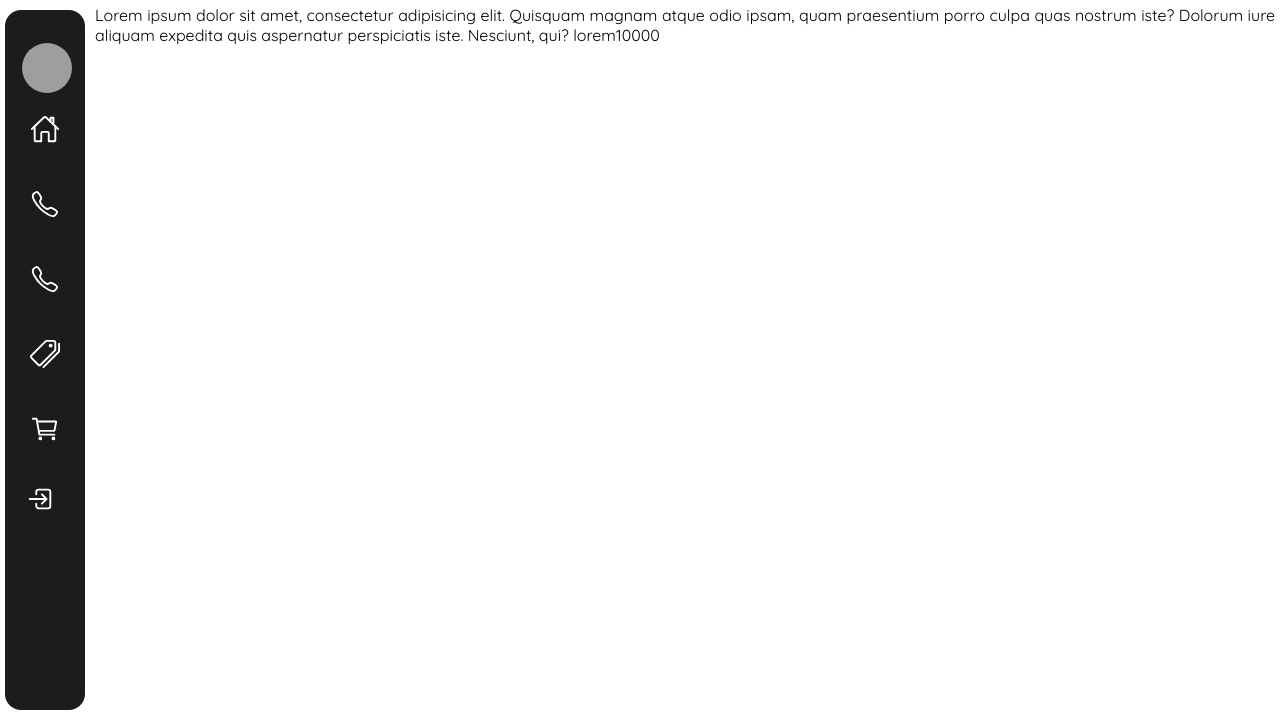
Repository: Fuocmanh/demo
Page: site/nav.html
These files come from the project's save history. The page is drawn as it stood at one moment and after a run of saves; the edit follows.
The browser window is 1280 px wide. The pictures show the whole page.
Pictures or frames that could not be fetched are drawn as grey boxes.

Above is the page before, as saved 2022-12-30 17:46:34.

After the next 3 saves:
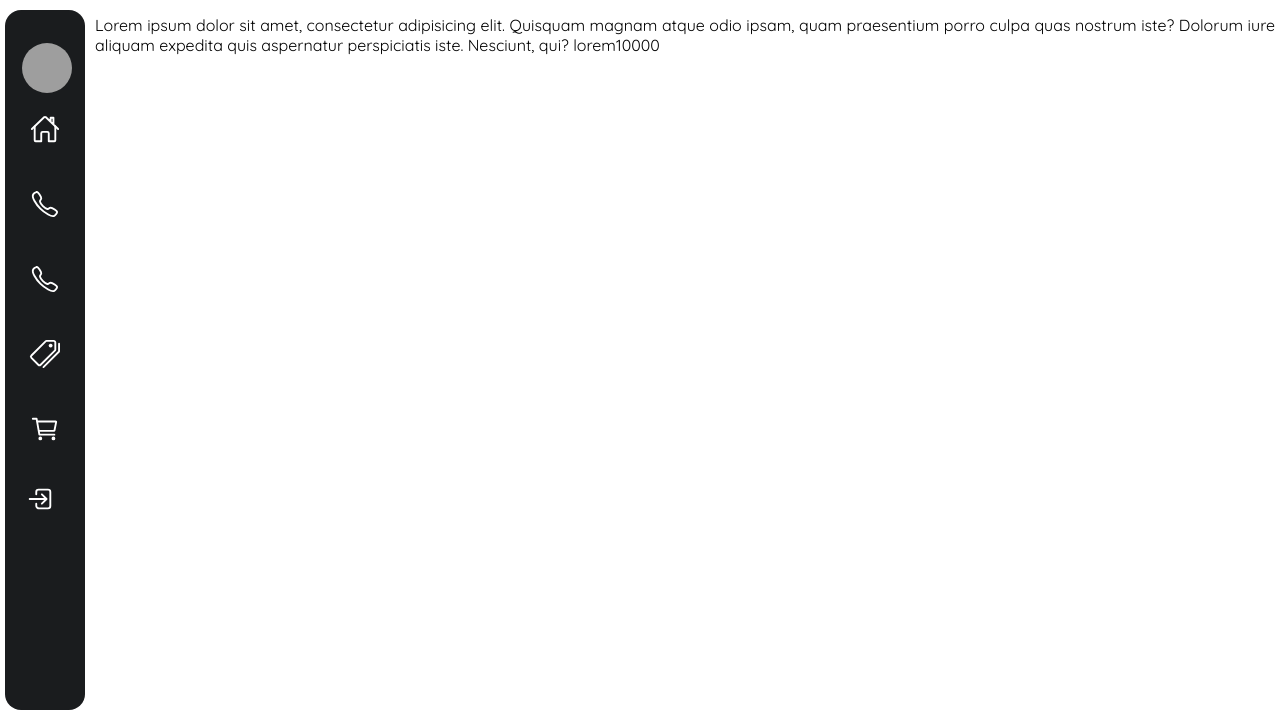
The 3 saves are shown as one change because they came seconds apart.
The last was saved 16 s later.
--- a/css/style.css
+++ b/css/style.css
@@ -100,9 +100,9 @@ li {
 }
 .none{
     width: 80px;
-    position: relative;
-    top:0;
-    bottom: 0;
+    /* position: relative;   */
+
+    height: 10px;
 }
 .content{
     position: relative;
